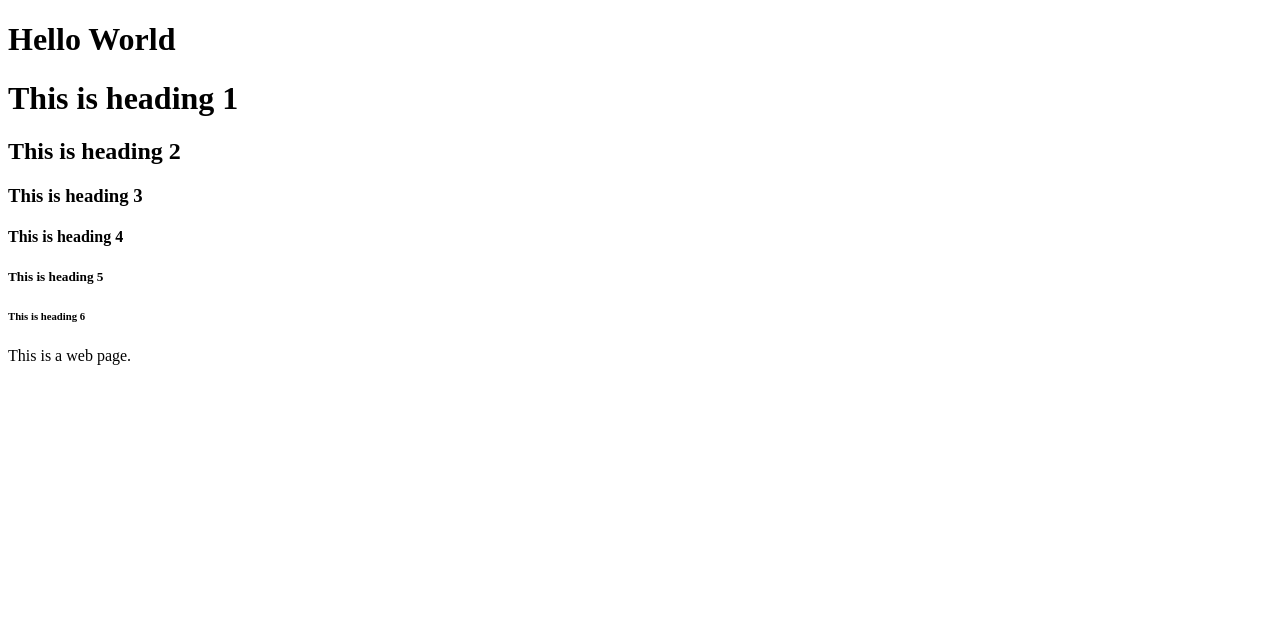
Repository: kesquili/kesquili.github.io
Page: hw.html
The author's editor kept a record of every edit. The page is drawn from the files as they stood at one moment, then again after the next edit.
The browser window is 1280 px wide. The pictures show the whole page.

Above is the page before.

### hw.html
<!DOCTYPE html>
<html lang="en">
  <head>
    <meta charset="utf-8">
    <title>Hello World</title>
  </head>
  <body>
    <h1>Hello World</h1>
    <h1>This is heading 1</h1>
    <h2>This is heading 2</h2>
    <h3>This is heading 3</h3>
    <h4>This is heading 4</h4>
    <h5>This is heading 5</h5>
    <h6>This is heading 6</h6>
    <p>This is a web page.</p>
  </body>
</html>

After the next edit:
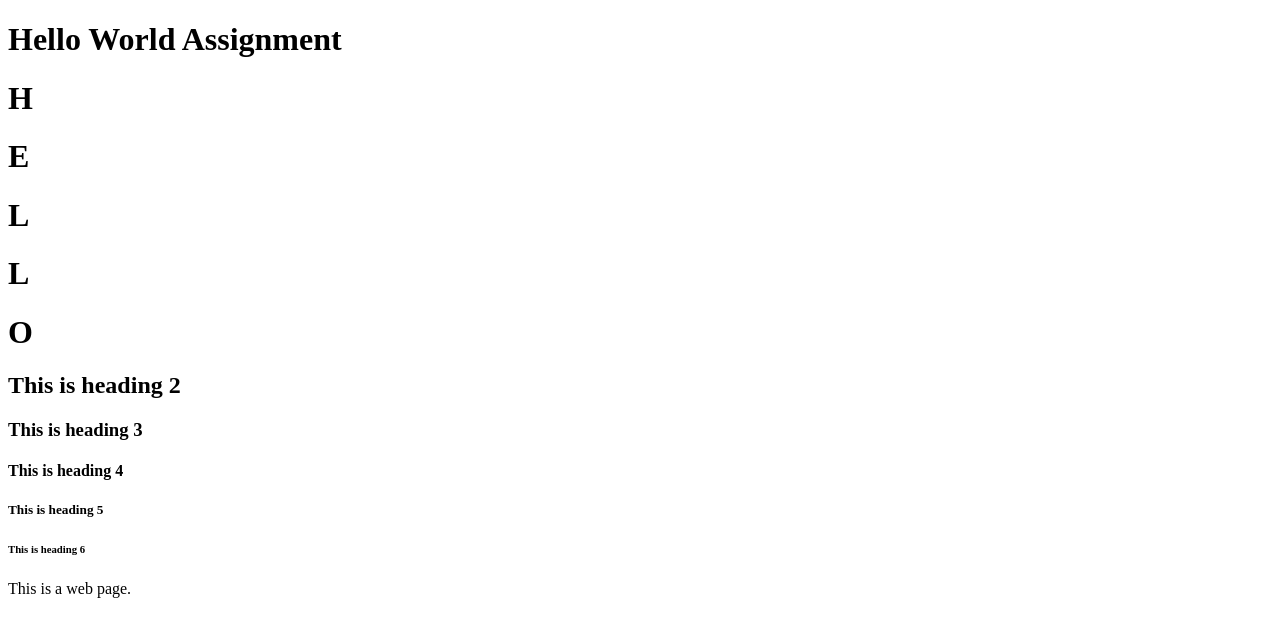
The edit:
--- a/hw.html
+++ b/hw.html
@@ -5,8 +5,12 @@
     <title>Hello World</title>
   </head>
   <body>
-    <h1>Hello World</h1>
-    <h1>This is heading 1</h1>
+    <h1>Hello World Assignment</h1>
+    <div>
+        <h1>H</h1>
+         <h1>E</h1>
+          <h1>L</h1> <h1>L</h1> <h1>O</h1>
+    </div>
     <h2>This is heading 2</h2>
     <h3>This is heading 3</h3>
     <h4>This is heading 4</h4>
